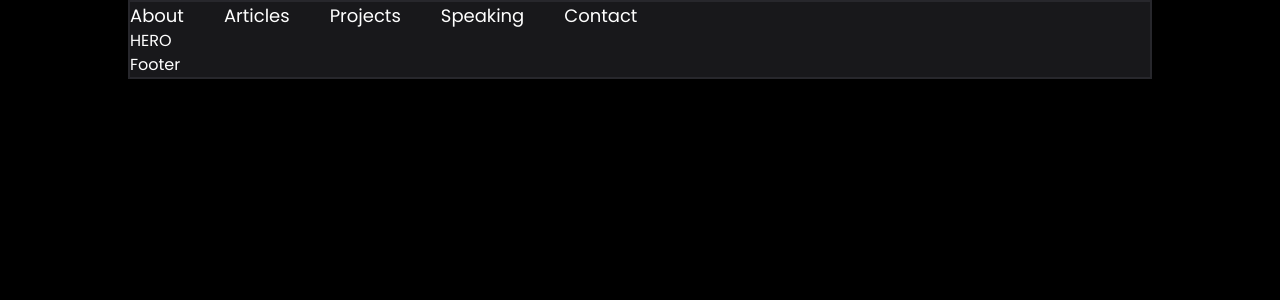
Repository: Wafaabahgat/Portfolio
Page: /
These files come from the project's save history. The page is drawn as it stood at one moment and after the next save; the edit follows.
The browser window is 1280 px wide. The pictures show the whole page.
The project was rebuilt for these pictures with package versions that can differ from the ones it lists, and the page was loaded fresh each time. Also part of the build but not shown: vite.config.ts, src/App.css, src/ErrorPage.tsx.

Above is the page before, as saved 2023-12-07 02:55:30.

### index.html
<!DOCTYPE html>
<html lang="en">
  <head>
    <meta charset="UTF-8" />
    <link rel="icon" type="image/svg+xml" href="/vite.svg" />
    <meta name="viewport" content="width=device-width, initial-scale=1.0" />
    <link rel="preconnect" href="https://fonts.googleapis.com" />
    <link rel="preconnect" href="https://fonts.gstatic.com" crossorigin />
    <link
      href="https://fonts.googleapis.com/css2?family=Poppins:wght@200;300;400;500;600;700;800&display=swap"
      rel="stylesheet"
    />
    <title>My Portfilio</title>
  </head>
  <body>
    <div id="root"></div>
    <script type="module" src="/src/main.tsx"></script>
  </body>
</html>

### src/main.tsx
import { RouterProvider } from "react-router-dom";
import ReactDOM from "react-dom/client";
import "./index.css";
import router from "./App";

ReactDOM.createRoot(document.getElementById("root")!).render(
  <RouterProvider router={router} />
);

### src/index.css
@tailwind base;
@tailwind components;
@tailwind utilities;

* {
  font-family: "Poppins", sans-serif;
}

:root {
  --primary: #000;
  --secondary: rgb(24 24 27);
  --border: rgb(63, 63, 70, 0.4);
}
.light {
  --primary: #fff;
}

body {
  background-color: var(--primary);
  color: #fff;
}

html {
  /* max-width: 2000px; */
  margin: 0;
  padding: 0;
}

.container {
  width: 80%;
  margin-left: auto;
  margin-right: auto;
  background-color: var(--secondary);
  border: 2px solid var(--border);
}

.line {
  border: 1px solid var(--border);
  margin: 1rem 0;
}
.border-h {
  border: 2px solid var(--border);
}

### src/App.tsx
import "./App.css";
import { createBrowserRouter } from "react-router-dom";
// import Root from "@pages/root";
import Root from "./pages/root";

import { Home } from "./pages/index";
import ErrorPage from "./ErrorPage";

const router = createBrowserRouter([
  {
    path: "/",
    element: <Root />,
    errorElement: <ErrorPage />,
    children: [
      {
        index: true,
        path: "/",
        element: <Home />,
      },
    ],
  },
]);

export default router;

### src/pages/root.tsx
import { Outlet } from "react-router-dom";
import Header from "../components/layouts/Header";
import Footer from "../components/layouts/Footer";

const Root = () => {
  return (
    <div className="container">
      <Header />
      <Outlet />
      <Footer />
    </div>
  );
};

export default Root;

### src/components/layouts/Header.tsx
import { FC } from "react";
import { useLocation, Link } from "react-router-dom";
import { cn } from "../../utils";

interface HeaderProps {}

const links = [
  {
    link: "/about",
    name: "about",
  },
  {
    link: "/articles",
    name: "articles",
  },
  {
    link: "/projects",
    name: "projects",
  },
  {
    link: "/speaking",
    name: "speaking",
  },
  {
    link: "/contact",
    name: "contact",
  },
];

const Header: FC<HeaderProps> = () => {
  const { pathname } = useLocation();

  return (
    <>
      <div className="">
        <nav className="flex gap-10 ">
          {links?.map((e, i) => (
            <Link
              key={i}
              to={e?.link}
              className={cn(
                pathname === e?.link
                  ? "text-main-light font-semibold"
                  : "text-white ",
                "capitalize text-[18px] whitespace-nowrap"
              )}
            >
              {e?.name}
            </Link>
          ))}
        </nav>
      </div>
    </>
  );
};

export default Header;

### src/components/layouts/Footer.tsx
import { FC } from "react";

interface FooterProps {}

const Footer: FC<FooterProps> = () => {
  return (
    <>
      <div>Footer</div>
    </>
  );
};

export default Footer;

### src/pages/Home.tsx
import { FC } from "react";
import Hero from "../components/home/Hero";

interface HomeProps {}

const Home: FC<HomeProps> = () => {
  return (
    <>
      <div>
        <Hero />
      </div>
    </>
  );
};

export default Home;

### src/components/home/Hero.tsx
import { FC } from "react";

interface HeroProps {}

const Hero: FC<HeroProps> = () => {
  return (
    <>
      <div>HERO</div>
    </>
  );
};

export default Hero;

### tailwind.config.js
/** @type {import('tailwindcss').Config} */
export default {
  content: ["./index.html", "./src/**/*.{js,ts,jsx,tsx}"],
  darkMode: "class",
  theme: {
    extend: {
      colors: {
        main: "#252466",
        "main-light": "#3873FF",
        "sub-dark": "#252466",
        "main-dark": "#41427D",
        "text-color": "#FCFCFC",
        "text-gray": "#667085",
        "text-primary": "#9795B5",
      },
      // gridTemplateColumns: {
      //   prod: "repeat(auto-fit, minmax(130px, 1fr))",
      //   plog: "repeat(auto-fit, minmax(300px, 1fr))",
      // },
    },
  },
  plugins: [],
};

Loaded but not shown: src/pages/index.ts (common file); src/utils.ts (common file)

After the next save:
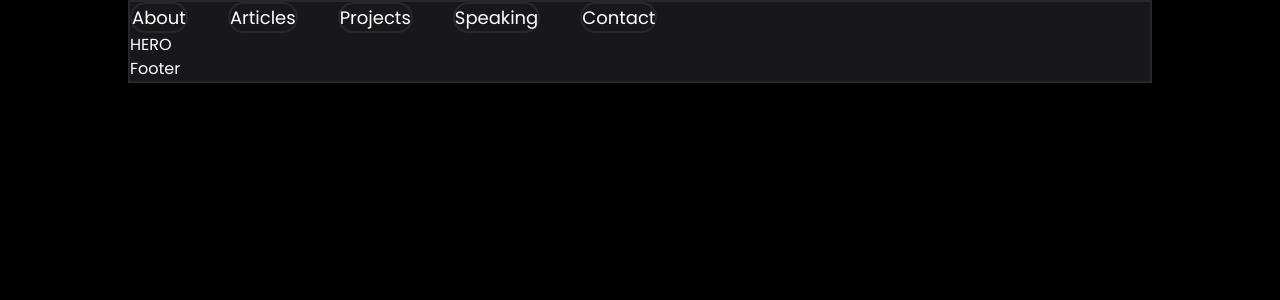
Saved 8 s later.
--- a/src/components/layouts/Header.tsx
+++ b/src/components/layouts/Header.tsx
@@ -42,7 +42,7 @@
                 pathname === e?.link
                   ? "text-main-light font-semibold"
                   : "text-white ",
-                "capitalize text-[18px] whitespace-nowrap"
+                "capitalize text-[18px] whitespace-nowrap border-h rounded-full"
               )}
             >
               {e?.name}

After the save that followed:
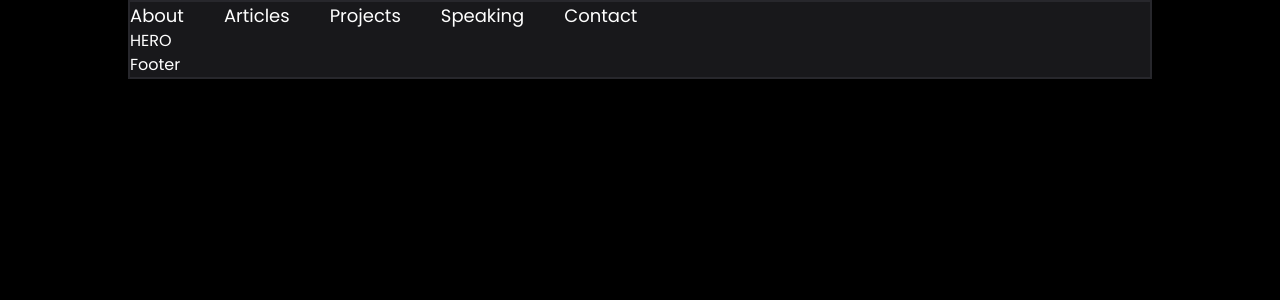
Saved 4 s later.
--- a/src/components/layouts/Header.tsx
+++ b/src/components/layouts/Header.tsx
@@ -42,7 +42,7 @@
                 pathname === e?.link
                   ? "text-main-light font-semibold"
                   : "text-white ",
-                "capitalize text-[18px] whitespace-nowrap border-h rounded-full"
+                "capitalize text-[18px] whitespace-nowrap "
               )}
             >
               {e?.name}
